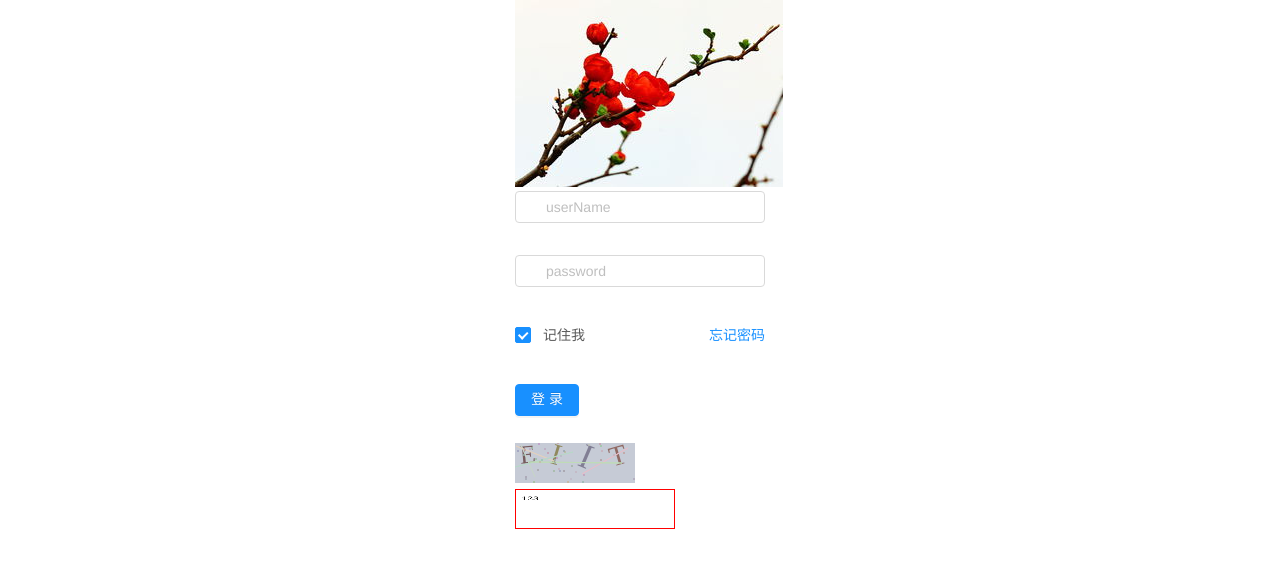
Repository: zhongdm/vue-vuex-antd
Page: /#/login
An editor plug-in stored every save of this project. The page is shown before and after the next save, followed by the edit.
The browser window is 1280 px wide. The pictures show the whole page.
The project was rebuilt for these pictures with package versions that can differ from the ones it lists, and the page was loaded fresh each time.

Above is the page before, as saved 2019-03-15 10:51:51.

After the next save:
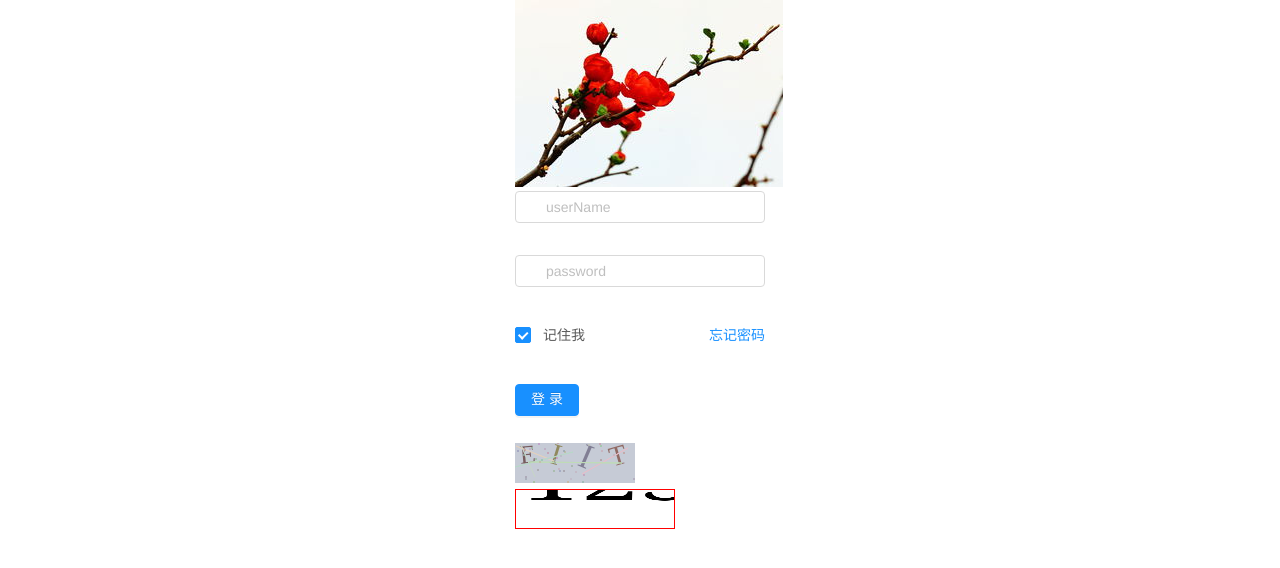
Saved 12 s later.
--- a/src/components/CustomValidationCode.vue
+++ b/src/components/CustomValidationCode.vue
@@ -21,7 +21,7 @@ export default {
     draw () {
       let canvas = document.getElementById('canvas')
       let cxt = canvas.getContext('2d')
-      cxt.font = " 20px Georgia"
+      cxt.font = " 200px Georgia"
       // cxt.moveTo(10, 10)
       // cxt.fillStyle('red')
       cxt.fillText('123', 10, 40)
